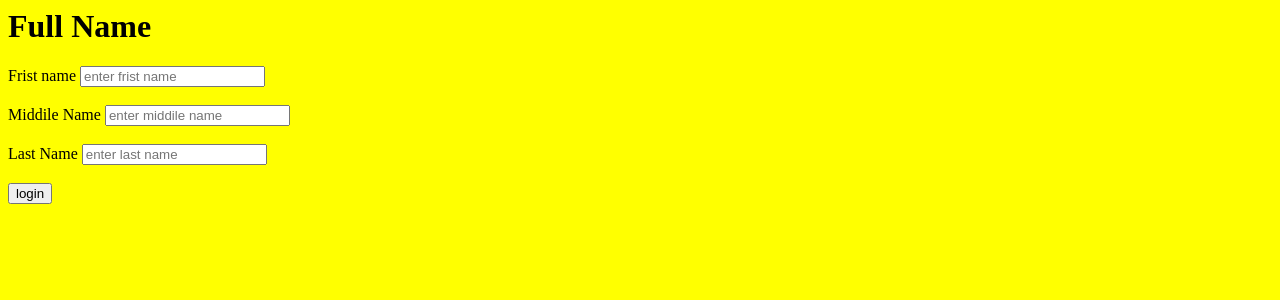
Repository: kumarapala/adv-java
Page: FullName/src/main/webapp/form.html
An editor plug-in stored every save of this project. The page is shown before and after the next save, followed by the edit.
The browser window is 1280 px wide. The pictures show the whole page.

Above is the page before, as saved 2024-02-07 03:14:49.

After the next save:
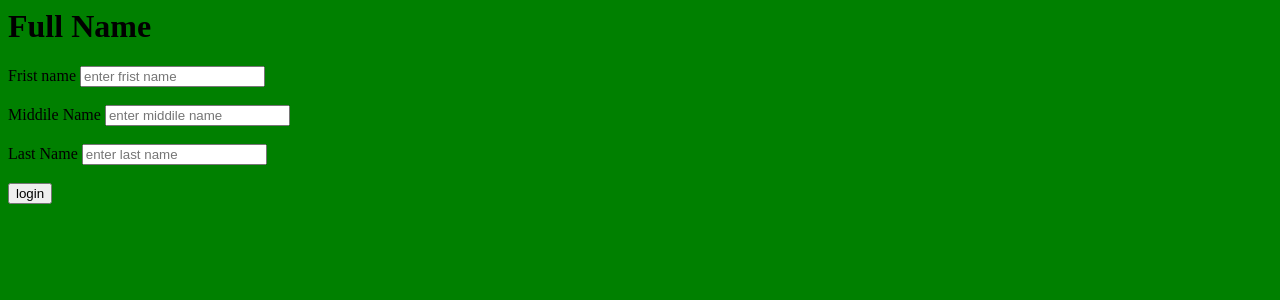
Saved 40 s later.
--- a/FullName/src/main/webapp/form.html
+++ b/FullName/src/main/webapp/form.html
@@ -2,7 +2,7 @@
 	<head>
 	<title>Full Name</title>
 	</head>
-	<body bgcolor = "yellow">
+	<body bgcolor = "green">
 	<h1>Full Name</h1>
 	<form method = "get" action = "FullName">
 	<label>Frist name</label>
